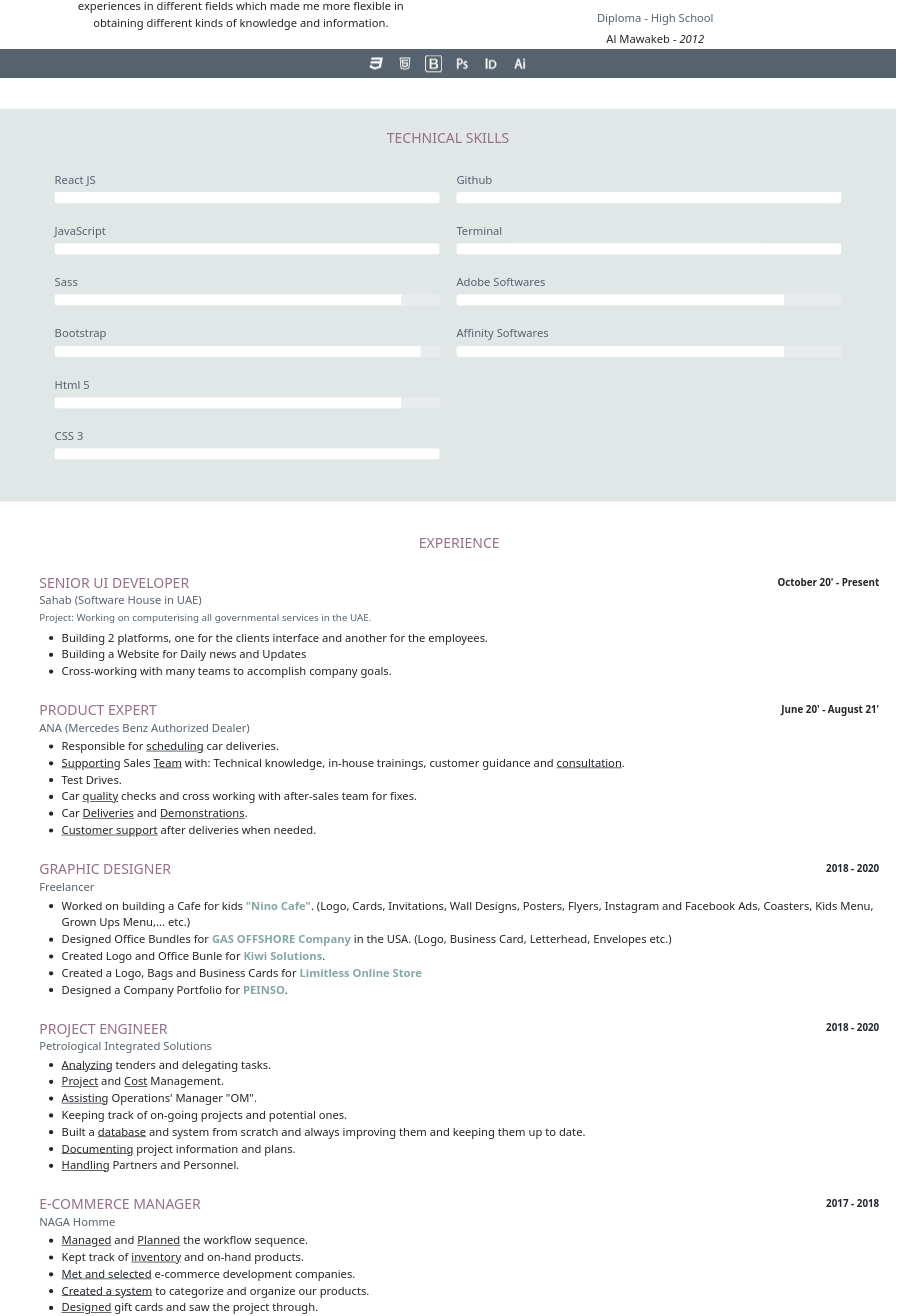
Repository: aya7abbal/my-old-portfolio
Page: resume.html
These files come from the project's save history. The page is drawn as it stood at one moment and after the next save; the edit follows.
The browser window is 1280 px wide. The page is 1296 px wide, so the pictures cover 1296 px, including what lies to the right of the window. The pictures show the part of the page from y = 609 to 2489 px (the page is 2974 px tall before and 2900 px after), at 70% of full size.
Some web fonts or font styles are not loaded; a fallback is used. Some web libraries are served in a nearby version. The style sheet was rebuilt from its Sass, Less or Tailwind sources for each picture, by a compiler version that may differ from the author's.

Above is the page before, as saved 2022-07-07 23:40:08.

After the next save:
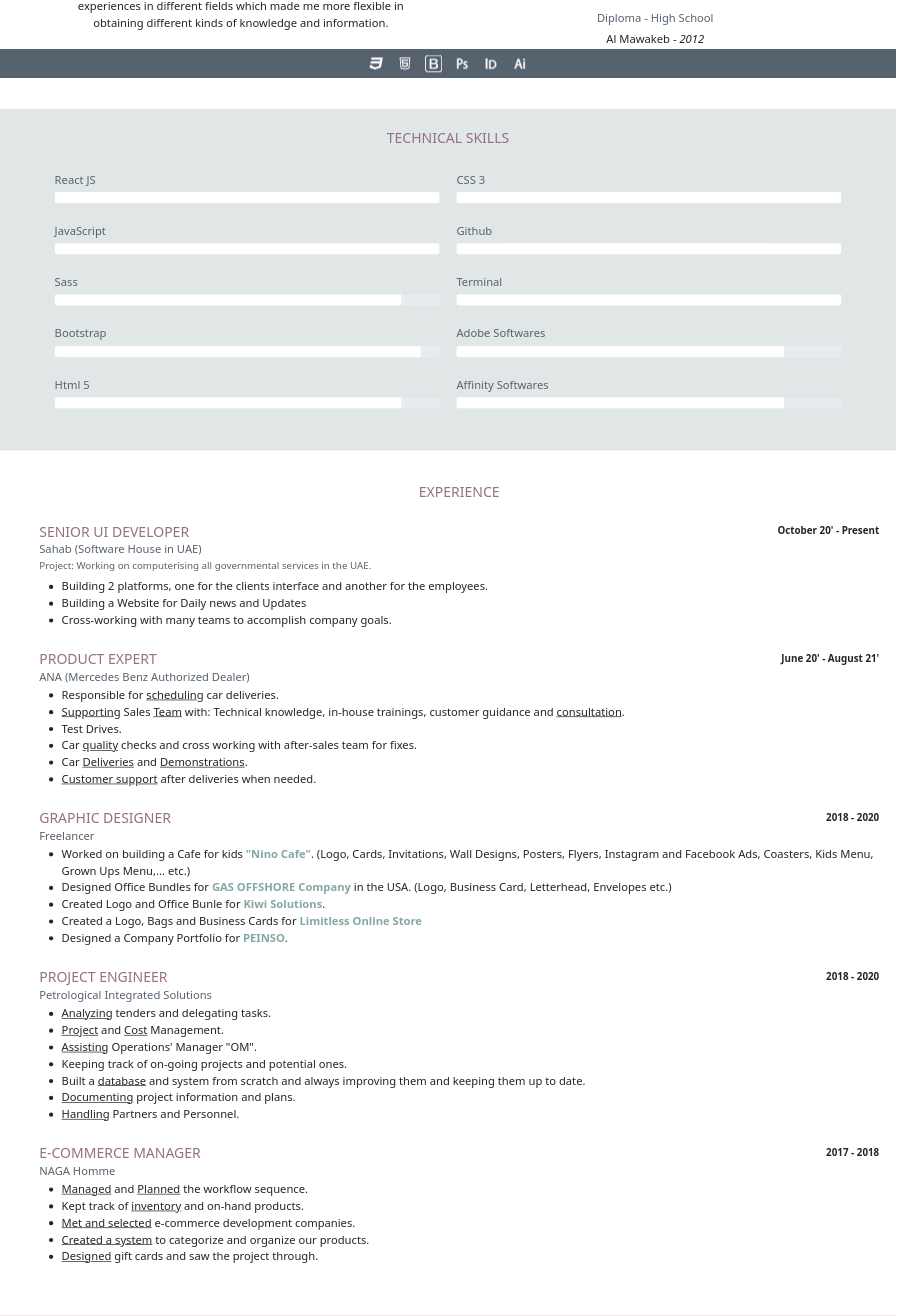
Saved 19 s later.
--- a/resume.html
+++ b/resume.html
@@ -282,6 +282,11 @@
                             aria-valuenow="80" aria-valuemin="0" aria-valuemax="100"></div>
                     </div>
                 </div>
+
+
+            </div>
+
+            <div class="col">
                 <div class="skill">
                     <h6 class="skill-title"> CSS 3</h6>
                     <div class="progress">
@@ -289,10 +294,6 @@
                             aria-valuenow="80" aria-valuemin="0" aria-valuemax="100"></div>
                     </div>
                 </div>
-
-            </div>
-
-            <div class="col">
                 <div class="skill">
                     <h6 class="skill-title"> Github</h6>
                     <div class="progress">
